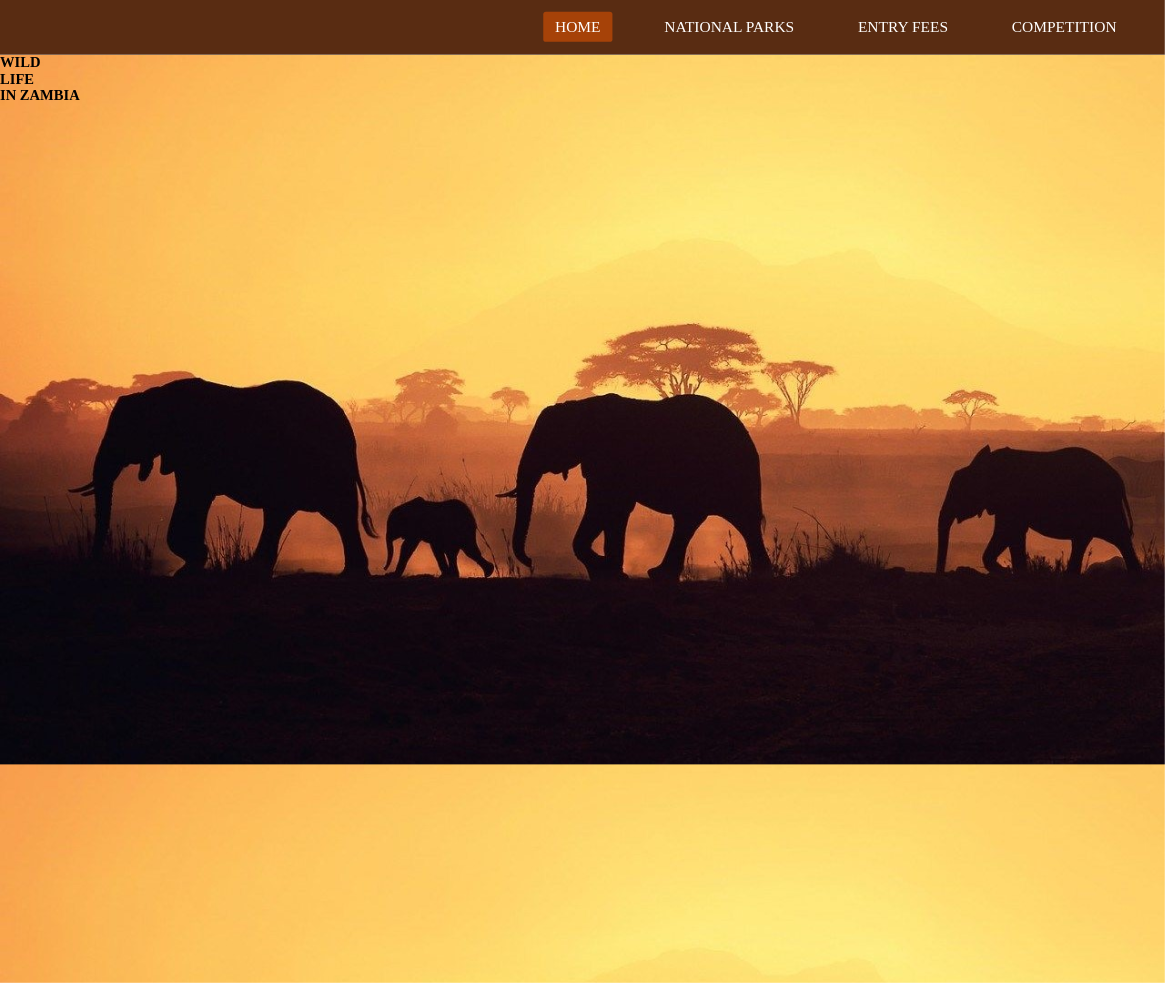
Repository: Lungdjos/web_assignment_3rd_yr
Page: home/index.html
The author's editor kept a copy of each file at every save. The page is drawn from the files as they stood at one save, then again after the next save.
The browser window is 1280 px wide. The pictures show the whole page, at 91% of full size.
Some web libraries are served in a nearby version.

Above is the page before, as saved 2021-06-18 15:07:36.

After the next save:
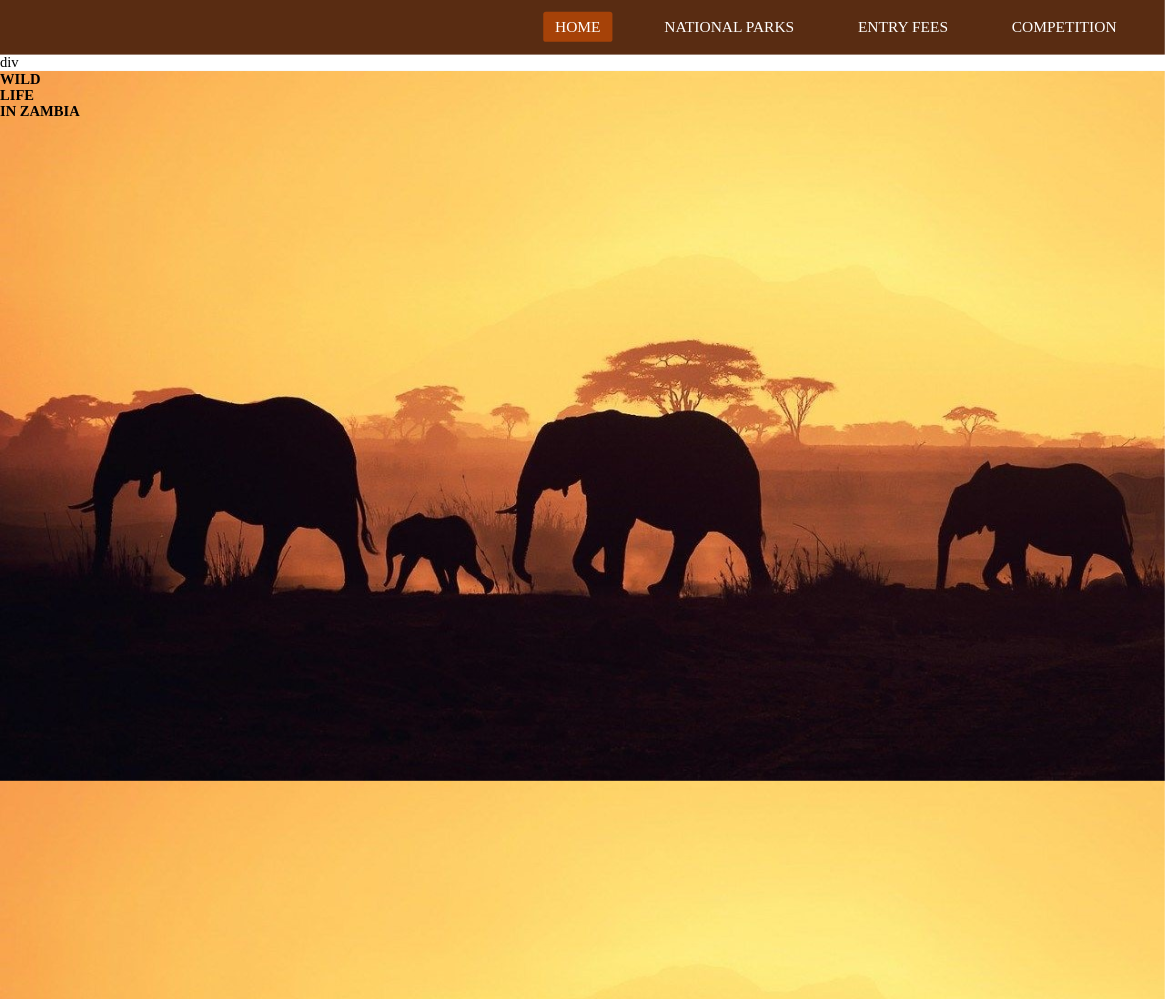
Saved 9 s later.
--- a/home/index.html
+++ b/home/index.html
@@ -43,6 +43,7 @@
 
         </ul>
     </nav>
+    div
     <section>
         <div>
             <p class="welcome">

After the save that followed:
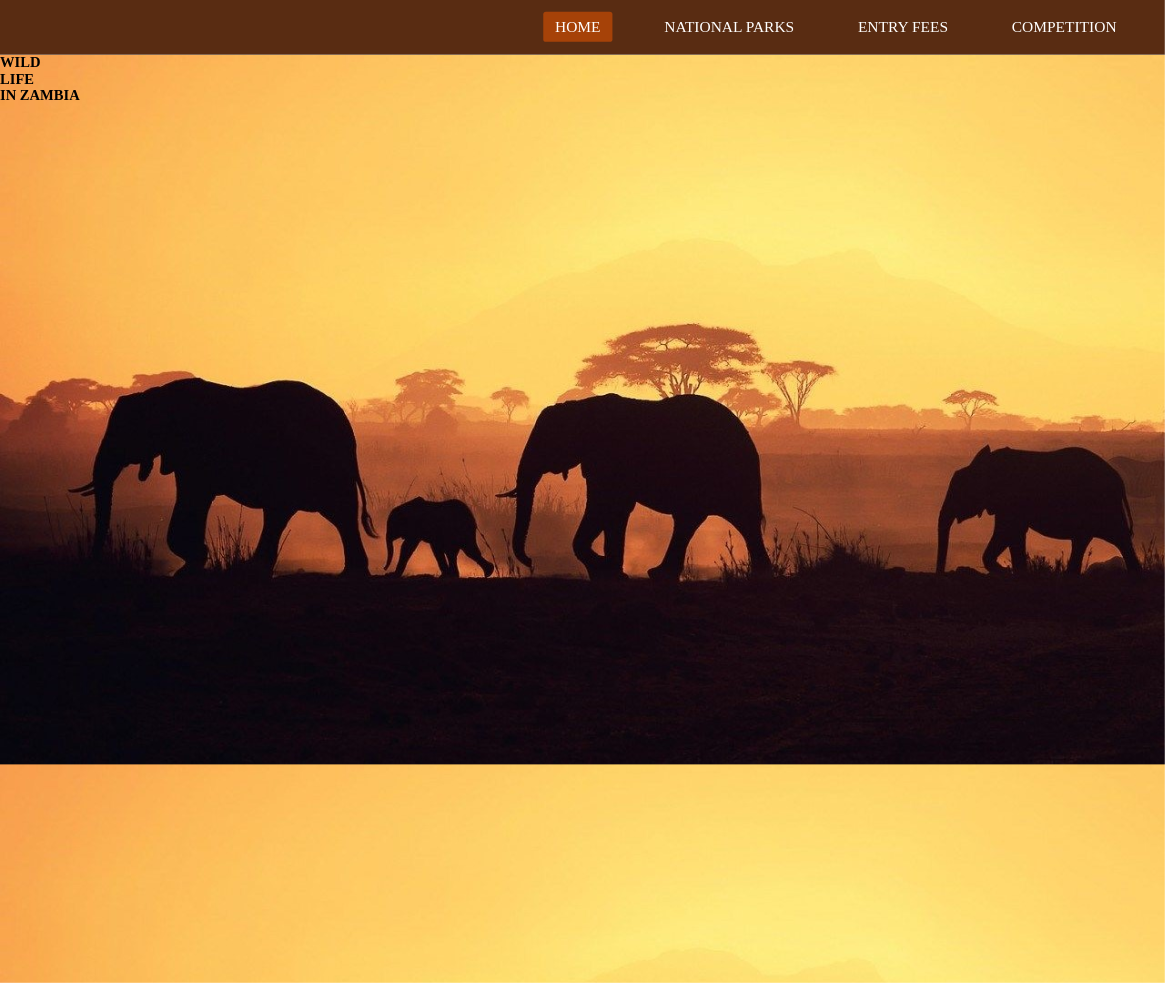
Saved 8 s later.
--- a/home/index.html
+++ b/home/index.html
@@ -43,7 +43,9 @@
 
         </ul>
     </nav>
-    div
+    <div>
+
+    </div>
     <section>
         <div>
             <p class="welcome">
